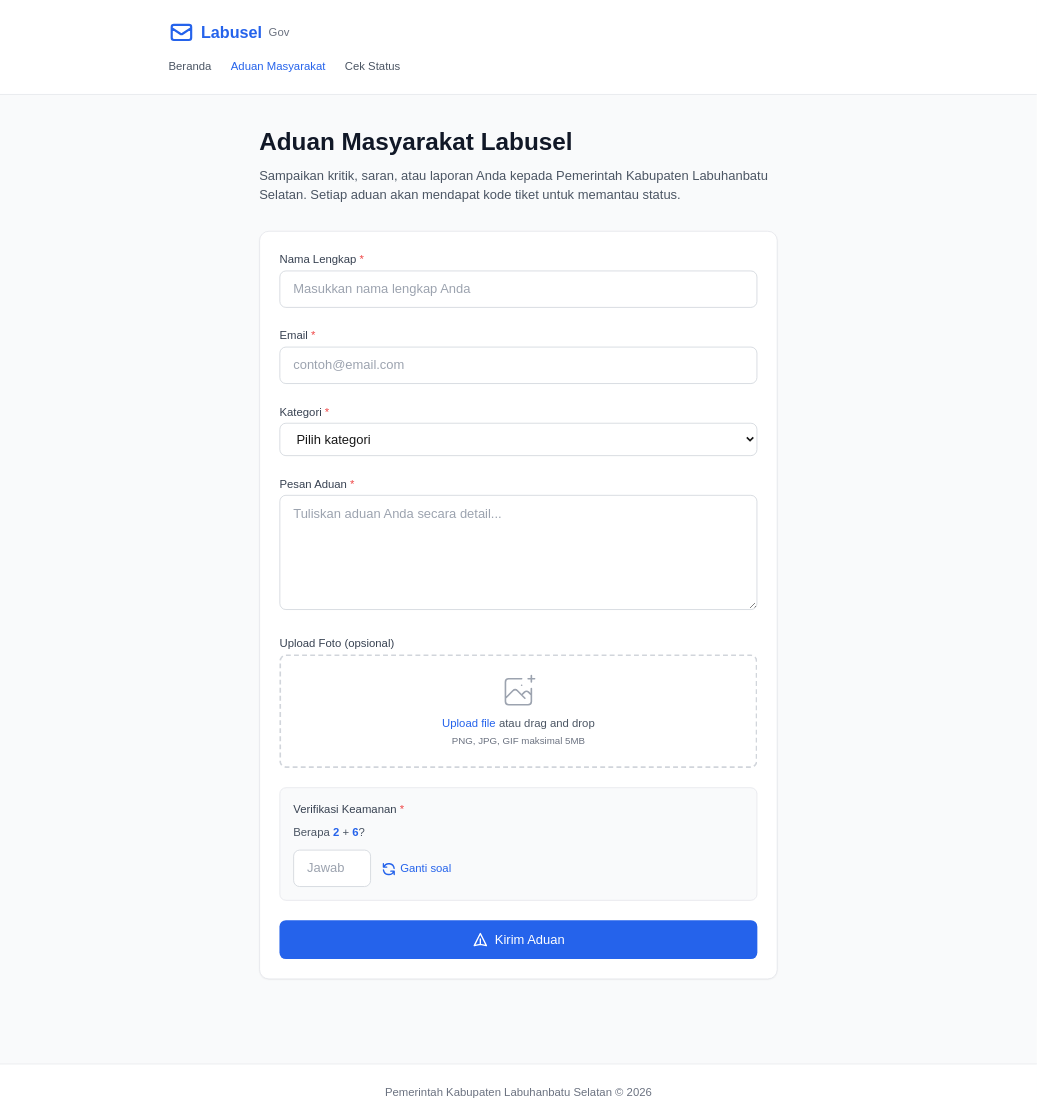
Repository: ahmaddzulkarnainyoo-dev/labusel-final
Page: /aduan
The author's editor kept a copy of each file at every save. The page is drawn from the files as they stood at one save, then again after the next save.
The browser window is 1280 px wide. The pictures show the whole page, at 81% of full size.
The project was rebuilt for these pictures with package versions that can differ from the ones it lists, and the page was loaded fresh each time. The framework's server and built-in components were replaced by stand-ins that run in the browser. Also part of the build but not shown: next.config.js, next.config.mjs.

Above is the page before, as saved 2026-06-24 14:27:01.

### src/app/aduan/page.tsx
// app/aduan/page.tsx
'use client';

import { useState, useEffect } from 'react';

export default function AduanPage() {
  const [formData, setFormData] = useState({
    nama: '',
    email: '',
    kategori: '',
    pesan: '',
  });
  const [foto, setFoto] = useState<File | null>(null);
  const [captchaAnswer, setCaptchaAnswer] = useState('');
  const [captchaNum1, setCaptchaNum1] = useState(0);
  const [captchaNum2, setCaptchaNum2] = useState(0);
  const [loading, setLoading] = useState(false);
  const [error, setError] = useState('');
  const [success, setSuccess] = useState<{ kode_tiket: string } | null>(null);

  // Generate CAPTCHA on mount
  useEffect(() => {
    generateCaptcha();
  }, []);

  function generateCaptcha() {
    const num1 = Math.floor(Math.random() * 10) + 1;
    const num2 = Math.floor(Math.random() * 10) + 1;
    setCaptchaNum1(num1);
    setCaptchaNum2(num2);
    setCaptchaAnswer('');
  }

  function handleChange(e: React.ChangeEvent<HTMLInputElement | HTMLTextAreaElement | HTMLSelectElement>) {
    const { name, value } = e.target;
    setFormData(prev => ({ ...prev, [name]: value }));
  }

  function handleFileChange(e: React.ChangeEvent<HTMLInputElement>) {
    if (e.target.files && e.target.files[0]) {
      setFoto(e.target.files[0]);
    }
  }

  async function handleSubmit(e: React.FormEvent) {
    e.preventDefault();
    setError('');
    setLoading(true);

    // Validate CAPTCHA client-side
    const expected = captchaNum1 + captchaNum2;
    if (parseInt(captchaAnswer) !== expected) {
      setError('Jawaban CAPTCHA salah');
      setLoading(false);
      generateCaptcha();
      return;
    }

    try {
      const formPayload = new FormData();
      formPayload.append('nama', formData.nama);
      formPayload.append('email', formData.email);
      formPayload.append('kategori', formData.kategori);
      formPayload.append('pesan', formData.pesan);
      formPayload.append('captcha_answer', captchaAnswer);
      formPayload.append('captcha_expected', String(expected));
      if (foto) {
        formPayload.append('foto', foto);
      }

      const res = await fetch('/api/aduan', {
        method: 'POST',
        body: formPayload,
      });

      const data = await res.json();

      if (!res.ok) {
        setError(data.error || 'Gagal mengirim aduan');
        generateCaptcha();
        return;
      }

      setSuccess({ kode_tiket: data.kode_tiket });
      setFormData({ nama: '', email: '', kategori: '', pesan: '' });
      setFoto(null);
    } catch (err: any) {
      setError('Terjadi kesalahan. Silakan coba lagi.');
      generateCaptcha();
    } finally {
      setLoading(false);
    }
  }

  function resetForm() {
    setSuccess(null);
    generateCaptcha();
  }

  return (
    <div className="min-h-screen bg-gray-50">
      {/* Header */}
      <header className="bg-white border-b border-gray-200">
        <div className="max-w-4xl mx-auto px-4 py-6">
          <div className="flex items-center space-x-2 mb-4">
            <svg className="w-8 h-8 text-blue-600" fill="none" stroke="currentColor" viewBox="0 0 24 24">
              <path strokeLinecap="round" strokeLinejoin="round" strokeWidth={2} d="M3 8l7.89 5.26a2 2 0 002.22 0L21 8M5 19h14a2 2 0 002-2V7a2 2 0 00-2-2H5a2 2 0 00-2 2v10a2 2 0 002 2z" />
            </svg>
            <span className="text-xl font-bold text-blue-600">Labusel</span>
            <span className="text-sm text-gray-500">Gov</span>
          </div>
          <nav className="flex space-x-6 text-sm">
            <a href="/" className="text-gray-600 hover:text-blue-600">Beranda</a>
            <a href="/aduan" className="text-blue-600 font-medium">Aduan Masyarakat</a>
            <a href="/cek-status" className="text-gray-600 hover:text-blue-600">Cek Status</a>
          </nav>
        </div>
      </header>

      <main className="max-w-2xl mx-auto px-4 py-10">
        {/* Success Modal */}
        {success && (
          <div className="fixed inset-0 bg-black bg-opacity-50 flex items-center justify-center z-50 p-4">
            <div className="bg-white rounded-xl shadow-2xl p-8 max-w-md w-full text-center">
              <div className="w-16 h-16 bg-green-100 rounded-full flex items-center justify-center mx-auto mb-4">
                <svg className="w-8 h-8 text-green-600" fill="none" stroke="currentColor" viewBox="0 0 24 24">
                  <path strokeLinecap="round" strokeLinejoin="round" strokeWidth={2} d="M5 13l4 4L19 7" />
                </svg>
              </div>
              <h2 className="text-2xl font-bold text-gray-900 mb-2">Aduan Terkirim!</h2>
              <p className="text-gray-600 mb-6">Simpan kode tiket ini untuk memantau status aduan Anda.</p>
              <div className="bg-blue-50 border border-blue-200 rounded-lg p-4 mb-6">
                <p className="text-sm text-blue-600 font-medium mb-1">Kode Tiket</p>
                <p className="text-2xl font-bold text-blue-700 tracking-wider">{success.kode_tiket}</p>
              </div>
              <button
                onClick={resetForm}
                className="w-full bg-blue-600 text-white py-3 px-6 rounded-lg font-medium hover:bg-blue-700 transition-colors"
              >
                Kirim Aduan Lainnya
              </button>
            </div>
          </div>
        )}

        <h1 className="text-3xl font-bold text-gray-900 mb-3">Aduan Masyarakat Labusel</h1>
        <p className="text-gray-600 mb-8">
          Sampaikan kritik, saran, atau laporan Anda kepada Pemerintah Kabupaten Labuhanbatu Selatan.
          Setiap aduan akan mendapat kode tiket untuk memantau status.
        </p>

        {error && (
          <div className="bg-red-50 border border-red-200 text-red-700 px-4 py-3 rounded-lg mb-6">
            {error}
          </div>
        )}

        <form onSubmit={handleSubmit} className="bg-white rounded-xl shadow-sm border border-gray-200 p-6 space-y-6">
          {/* Nama Lengkap */}
          <div>
            <label htmlFor="nama" className="block text-sm font-medium text-gray-700 mb-1">
              Nama Lengkap <span className="text-red-500">*</span>
            </label>
            <input
              type="text"
              id="nama"
              name="nama"
              value={formData.nama}
              onChange={handleChange}
              required
              className="w-full px-4 py-2.5 border border-gray-300 rounded-lg focus:ring-2 focus:ring-blue-500 focus:border-blue-500 outline-none transition-colors"
              placeholder="Masukkan nama lengkap Anda"
            />
          </div>

          {/* Email */}
          <div>
            <label htmlFor="email" className="block text-sm font-medium text-gray-700 mb-1">
              Email <span className="text-red-500">*</span>
            </label>
            <input
              type="email"
              id="email"
              name="email"
              value={formData.email}
              onChange={handleChange}
              required
              className="w-full px-4 py-2.5 border border-gray-300 rounded-lg focus:ring-2 focus:ring-blue-500 focus:border-blue-500 outline-none transition-colors"
              placeholder="contoh@email.com"
            />
          </div>

          {/* Kategori */}
          <div>
            <label htmlFor="kategori" className="block text-sm font-medium text-gray-700 mb-1">
              Kategori <span className="text-red-500">*</span>
            </label>
            <select
              id="kategori"
              name="kategori"
              value={formData.kategori}
              onChange={handleChange}
              required
              className="w-full px-4 py-2.5 border border-gray-300 rounded-lg focus:ring-2 focus:ring-blue-500 focus:border-blue-500 outline-none transition-colors bg-white"
            >
              <option value="">Pilih kategori</option>
              <option value="Infrastruktur">Infrastruktur</option>
              <option value="Pelayanan Publik">Pelayanan Publik</option>
              <option value="Kesehatan">Kesehatan</option>
              <option value="Pendidikan">Pendidikan</option>
              <option value="Lingkungan">Lingkungan</option>
              <option value="Lainnya">Lainnya</option>
            </select>
          </div>

          {/* Pesan */}
          <div>
            <label htmlFor="pesan" className="block text-sm font-medium text-gray-700 mb-1">
              Pesan Aduan <span className="text-red-500">*</span>
            </label>
            <textarea
              id="pesan"
              name="pesan"
              value={formData.pesan}
              onChange={handleChange}
              required
              rows={5}
              className="w-full px-4 py-2.5 border border-gray-300 rounded-lg focus:ring-2 focus:ring-blue-500 focus:border-blue-500 outline-none transition-colors resize-y"
              placeholder="Tuliskan aduan Anda secara detail..."
            />
          </div>

          {/* Upload Foto */}
          <div>
            <label htmlFor="foto" className="block text-sm font-medium text-gray-700 mb-1">
              Upload Foto (opsional)
            </label>
            <div className="mt-1 flex justify-center px-6 pt-5 pb-6 border-2 border-gray-300 border-dashed rounded-lg hover:border-blue-400 transition-colors">
              <div className="space-y-1 text-center">
                <svg className="mx-auto h-12 w-12 text-gray-400" stroke="currentColor" fill="none" viewBox="0 0 48 48">
                  <path d="M28 8H12a4 4 0 00-4 4v20m32-12v8m0 0v8a4 4 0 01-4 4H12a4 4 0 01-4-4v-4m32-4l-3.172-3.172a4 4 0 00-5.656 0L28 28M8 32l9.172-9.172a4 4 0 015.656 0L28 28m0 0l4 4m4-24h8m-4-4v8m-12 4h.02" strokeWidth="2" strokeLinecap="round" strokeLinejoin="round" />
                </svg>
                <div className="flex text-sm text-gray-600">
                  <label htmlFor="foto" className="relative cursor-pointer bg-white rounded-md font-medium text-blue-600 hover:text-blue-500 focus-within:outline-none">
                    <span>Upload file</span>
                    <input
                      id="foto"
                      name="foto"
                      type="file"
                      accept="image/*"
                      onChange={handleFileChange}
                      className="sr-only"
                    />
                  </label>
                  <p className="pl-1">atau drag and drop</p>
                </div>
                <p className="text-xs text-gray-500">PNG, JPG, GIF maksimal 5MB</p>
                {foto && (
                  <p className="text-sm text-green-600 font-medium">{foto.name}</p>
                )}
              </div>
            </div>
          </div>

          {/* CAPTCHA */}
          <div className="bg-gray-50 rounded-lg p-4 border border-gray-200">
            <label className="block text-sm font-medium text-gray-700 mb-2">
              Verifikasi Keamanan <span className="text-red-500">*</span>
            </label>
            <p className="text-sm text-gray-600 mb-3">
              Berapa <span className="font-bold text-blue-600">{captchaNum1}</span> +{' '}
              <span className="font-bold text-blue-600">{captchaNum2}</span>?
            </p>
            <div className="flex items-center space-x-3">
              <input
                type="number"
                value={captchaAnswer}
                onChange={(e) => setCaptchaAnswer(e.target.value)}
                required
                className="w-24 px-4 py-2.5 border border-gray-300 rounded-lg focus:ring-2 focus:ring-blue-500 focus:border-blue-500 outline-none transition-colors"
                placeholder="Jawab"
              />
              <button
                type="button"
                onClick={generateCaptcha}
                className="text-blue-600 hover:text-blue-700 text-sm font-medium"
              >
                <svg className="w-5 h-5 inline-block mr-1" fill="none" stroke="currentColor" viewBox="0 0 24 24">
                  <path strokeLinecap="round" strokeLinejoin="round" strokeWidth={2} d="M4 4v5h.582m15.356 2A8.001 8.001 0 004.582 9m0 0H9m11 11v-5h-.581m0 0a8.003 8.003 0 01-15.357-2m15.357 2H15" />
                </svg>
                Ganti soal
              </button>
            </div>
          </div>

          {/* Submit Button */}
          <button
            type="submit"
            disabled={loading}
            className="w-full bg-blue-600 text-white py-3 px-6 rounded-lg font-medium hover:bg-blue-700 transition-colors disabled:opacity-50 disabled:cursor-not-allowed flex items-center justify-center space-x-2"
          >
            {loading ? (
              <>
                <svg className="animate-spin h-5 w-5 text-white" fill="none" viewBox="0 0 24 24">
                  <circle className="opacity-25" cx="12" cy="12" r="10" stroke="currentColor" strokeWidth="4" />
                  <path className="opacity-75" fill="currentColor" d="M4 12a8 8 0 018-8V0C5.373 0 0 5.373 0 12h4z" />
                </svg>
                <span>Mengirim...</span>
              </>
            ) : (
              <>
                <svg className="w-5 h-5" fill="none" stroke="currentColor" viewBox="0 0 24 24">
                  <path strokeLinecap="round" strokeLinejoin="round" strokeWidth={2} d="M12 19l9 2-9-18-9 18 9-2zm0 0v-8" />
                </svg>
                <span>Kirim Aduan</span>
              </>
            )}
          </button>
        </form>
      </main>

      {/* Footer */}
      <footer className="bg-white border-t border-gray-200 mt-16">
        <div className="max-w-4xl mx-auto px-4 py-6 text-center text-sm text-gray-500">
          Pemerintah Kabupaten Labuhanbatu Selatan &copy; {new Date().getFullYear()}
        </div>
      </footer>
    </div>
  );
}

### src/app/globals.css
@import 'aos/dist/aos.css';

@tailwind base;
@tailwind components;
@tailwind utilities;

:root {
  --background: #ffffff;
  --foreground: #171717;
}

@media (prefers-color-scheme: dark) {
  :root {
    --background: #0a0a0a;
    --foreground: #ededed;
  }
}

body {
  color: var(--foreground);
  background: var(--background);
  font-family: Arial, Helvetica, sans-serif;
}

@keyframes breatheMap {
  0% { transform: scale(1); }
  50% { transform: scale(1.05); }
  100% { transform: scale(1); }
}

@keyframes fadeInScale {
  0% { opacity: 0; transform: scale(0.7); }
  100% { opacity: 1; transform: scale(1); }
}

@keyframes slideUpFade {
  0% { opacity: 0; transform: translateY(20px); }
  100% { opacity: 1; transform: translateY(0); }
}

@keyframes fadeIn {
  0% { opacity: 0; }
  100% { opacity: 1; }
}

/* Gradien bergerak untuk splash background */
@keyframes gradientMove {
  0% { background-position: 0% 50%; }
  50% { background-position: 100% 50%; }
  100% { background-position: 0% 50%; }
}

/* Pulse glow untuk logo (scale + shadow) */
@keyframes pulseGlow {
  0%, 100% { transform: scale(1); filter: drop-shadow(0 0 30px rgba(37, 99, 235, 0.4)); }
  50% { transform: scale(1.05); filter: drop-shadow(0 0 60px rgba(37, 99, 235, 0.8)); }
}

/* Garis bergerak */
@keyframes lineExpand {
  0% { width: 0%; opacity: 0; }
  100% { width: 100%; opacity: 1; }
}

/* Fade-in landing page */
@keyframes fadeInPage {
  0% { opacity: 0; }
  100% { opacity: 1; }
}

/* Shimmer effect for text */
@keyframes shimmer {
  0% { background-position: -200% center; }
  100% { background-position: 200% center; }
}

@layer utilities {
  .text-balance {
    text-wrap: balance;
  }
}

.text-gray-900 {
  color: #111827;
}

Loaded but not shown: src/app/layout.tsx (common file); tailwind.config.ts (common file)

After the next save:
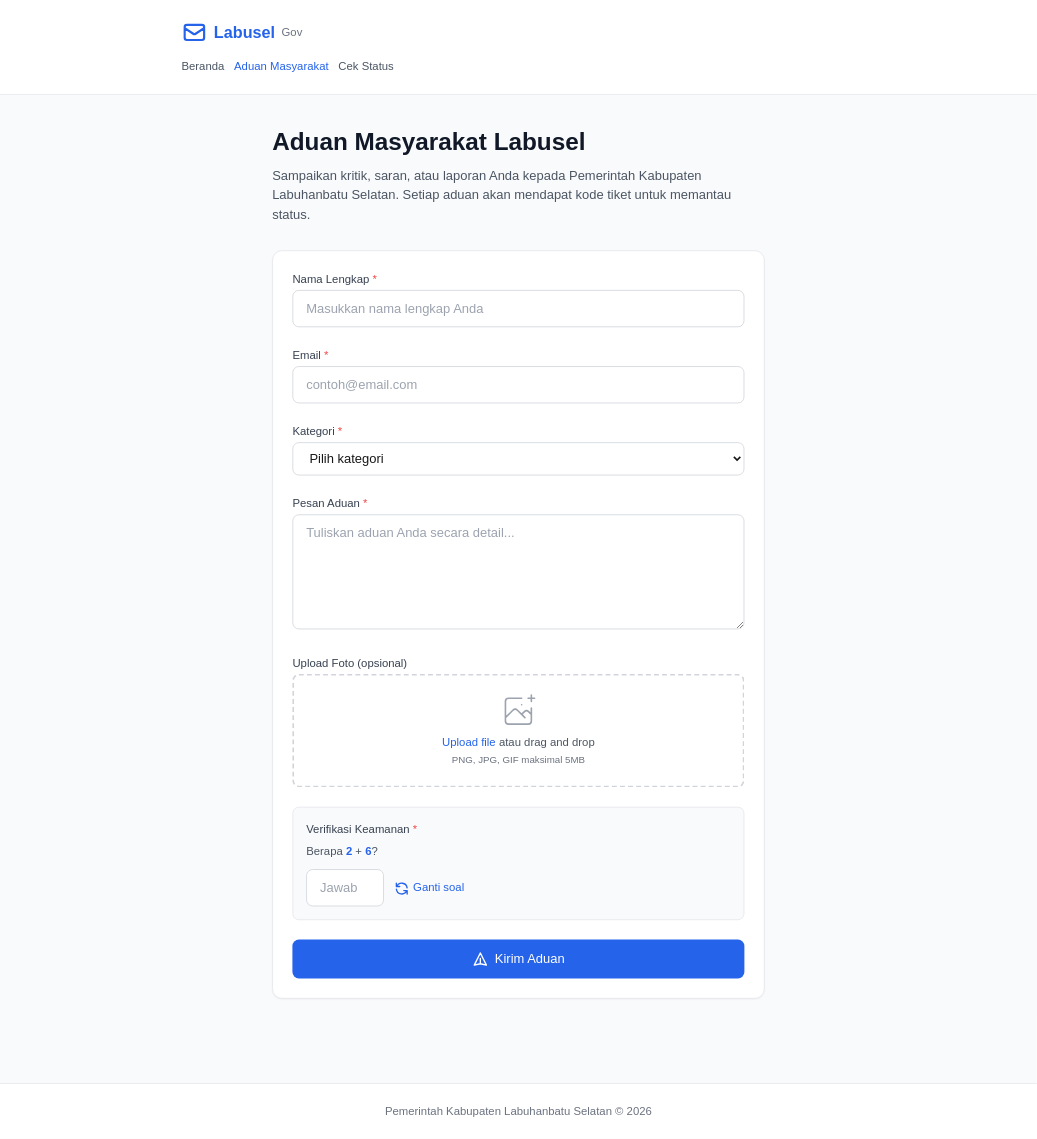
Saved 50 s later.
--- a/src/app/aduan/page.tsx
+++ b/src/app/aduan/page.tsx
@@ -101,7 +101,7 @@ export default function AduanPage() {
     <div className="min-h-screen bg-gray-50">
       {/* Header */}
       <header className="bg-white border-b border-gray-200">
-        <div className="max-w-4xl mx-auto px-4 py-6">
+        <div className="max-w-4xl mx-auto px-4 sm:px-6 lg:px-8 py-6">
           <div className="flex items-center space-x-2 mb-4">
             <svg className="w-8 h-8 text-blue-600" fill="none" stroke="currentColor" viewBox="0 0 24 24">
               <path strokeLinecap="round" strokeLinejoin="round" strokeWidth={2} d="M3 8l7.89 5.26a2 2 0 002.22 0L21 8M5 19h14a2 2 0 002-2V7a2 2 0 00-2-2H5a2 2 0 00-2 2v10a2 2 0 002 2z" />
@@ -109,7 +109,7 @@ export default function AduanPage() {
             <span className="text-xl font-bold text-blue-600">Labusel</span>
             <span className="text-sm text-gray-500">Gov</span>
           </div>
-          <nav className="flex space-x-6 text-sm">
+          <nav className="flex flex-wrap gap-3 text-sm">
             <a href="/" className="text-gray-600 hover:text-blue-600">Beranda</a>
             <a href="/aduan" className="text-blue-600 font-medium">Aduan Masyarakat</a>
             <a href="/cek-status" className="text-gray-600 hover:text-blue-600">Cek Status</a>
@@ -117,7 +117,7 @@ export default function AduanPage() {
         </div>
       </header>
 
-      <main className="max-w-2xl mx-auto px-4 py-10">
+      <main className="max-w-2xl mx-auto px-4 sm:px-6 lg:px-8 py-10">
         {/* Success Modal */}
         {success && (
           <div className="fixed inset-0 bg-black bg-opacity-50 flex items-center justify-center z-50 p-4">
@@ -155,7 +155,7 @@ export default function AduanPage() {
           </div>
         )}
 
-        <form onSubmit={handleSubmit} className="bg-white rounded-xl shadow-sm border border-gray-200 p-6 space-y-6">
+        <form onSubmit={handleSubmit} className="bg-white rounded-xl shadow-sm border border-gray-200 p-4 sm:p-6 space-y-6">
           {/* Nama Lengkap */}
           <div>
             <label htmlFor="nama" className="block text-sm font-medium text-gray-700 mb-1">
@@ -168,7 +168,7 @@ export default function AduanPage() {
               value={formData.nama}
               onChange={handleChange}
               required
-              className="w-full px-4 py-2.5 border border-gray-300 rounded-lg focus:ring-2 focus:ring-blue-500 focus:border-blue-500 outline-none transition-colors"
+              className="w-full px-4 py-2.5 border border-gray-300 rounded-lg focus:ring-2 focus:ring-blue-500 focus:border-blue-500 outline-none transition-colors text-base"
               placeholder="Masukkan nama lengkap Anda"
             />
           </div>
@@ -185,7 +185,7 @@ export default function AduanPage() {
               value={formData.email}
               onChange={handleChange}
               required
-              className="w-full px-4 py-2.5 border border-gray-300 rounded-lg focus:ring-2 focus:ring-blue-500 focus:border-blue-500 outline-none transition-colors"
+              className="w-full px-4 py-2.5 border border-gray-300 rounded-lg focus:ring-2 focus:ring-blue-500 focus:border-blue-500 outline-none transition-colors text-base"
               placeholder="contoh@email.com"
             />
           </div>
@@ -201,7 +201,7 @@ export default function AduanPage() {
               value={formData.kategori}
               onChange={handleChange}
               required
-              className="w-full px-4 py-2.5 border border-gray-300 rounded-lg focus:ring-2 focus:ring-blue-500 focus:border-blue-500 outline-none transition-colors bg-white"
+              className="w-full px-4 py-2.5 border border-gray-300 rounded-lg focus:ring-2 focus:ring-blue-500 focus:border-blue-500 outline-none transition-colors bg-white text-base"
             >
               <option value="">Pilih kategori</option>
               <option value="Infrastruktur">Infrastruktur</option>
@@ -225,7 +225,7 @@ export default function AduanPage() {
               onChange={handleChange}
               required
               rows={5}
-              className="w-full px-4 py-2.5 border border-gray-300 rounded-lg focus:ring-2 focus:ring-blue-500 focus:border-blue-500 outline-none transition-colors resize-y"
+              className="w-full px-4 py-2.5 border border-gray-300 rounded-lg focus:ring-2 focus:ring-blue-500 focus:border-blue-500 outline-none transition-colors resize-y text-base"
               placeholder="Tuliskan aduan Anda secara detail..."
             />
           </div>
@@ -277,7 +277,7 @@ export default function AduanPage() {
                 value={captchaAnswer}
                 onChange={(e) => setCaptchaAnswer(e.target.value)}
                 required
-                className="w-24 px-4 py-2.5 border border-gray-300 rounded-lg focus:ring-2 focus:ring-blue-500 focus:border-blue-500 outline-none transition-colors"
+                className="w-24 px-4 py-2.5 border border-gray-300 rounded-lg focus:ring-2 focus:ring-blue-500 focus:border-blue-500 outline-none transition-colors text-base"
                 placeholder="Jawab"
               />
               <button
